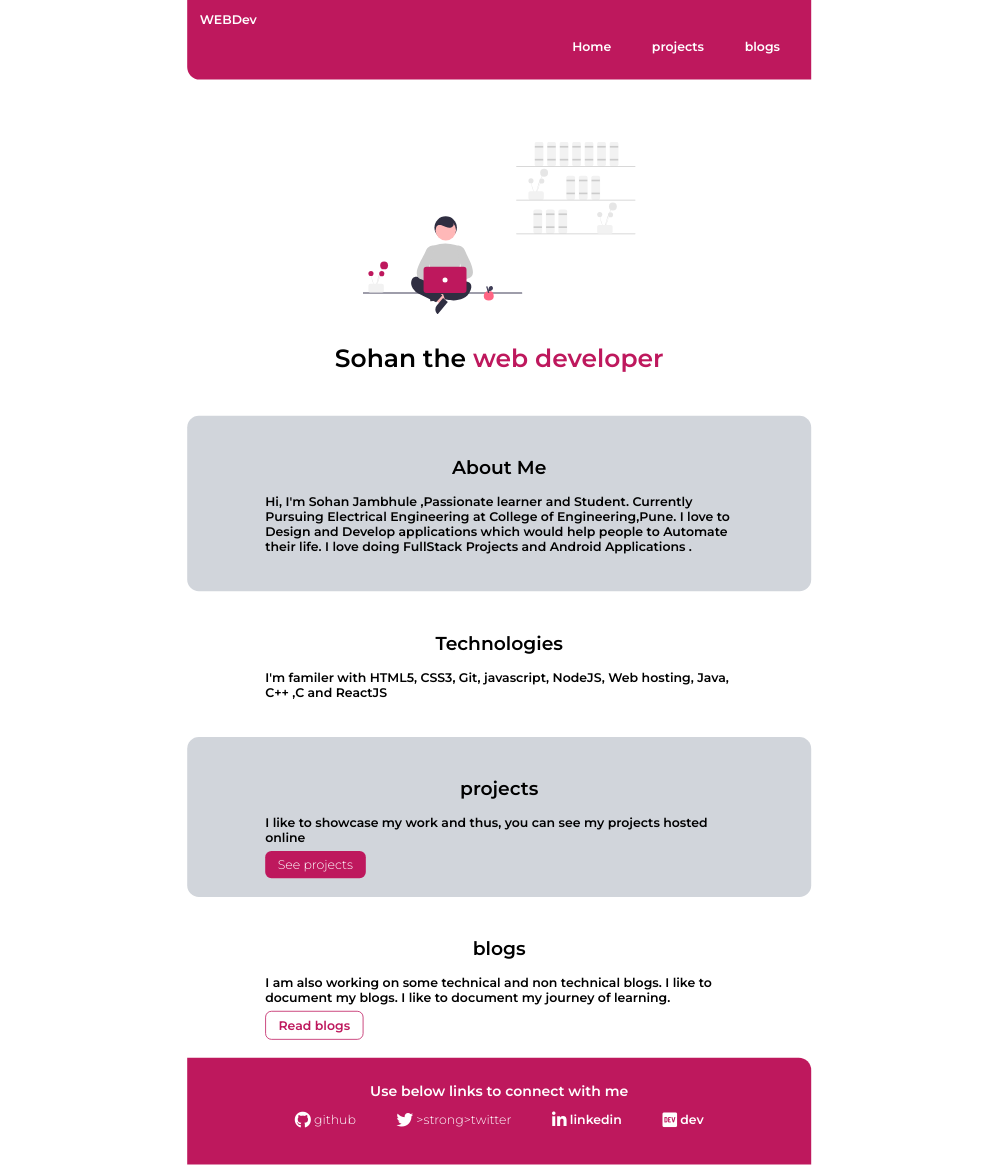
Repository: sohan2503001/Portfolio
Page: index.html
The author's editor kept a copy of each file at every save. The page is drawn from the files as they stood at one save, then again after a run of saves.
The browser window is 1280 px wide. The pictures show the whole page, at 78% of full size.

Above is the page before, as saved 2021-05-10 11:18:25.

After the next 3 saves:
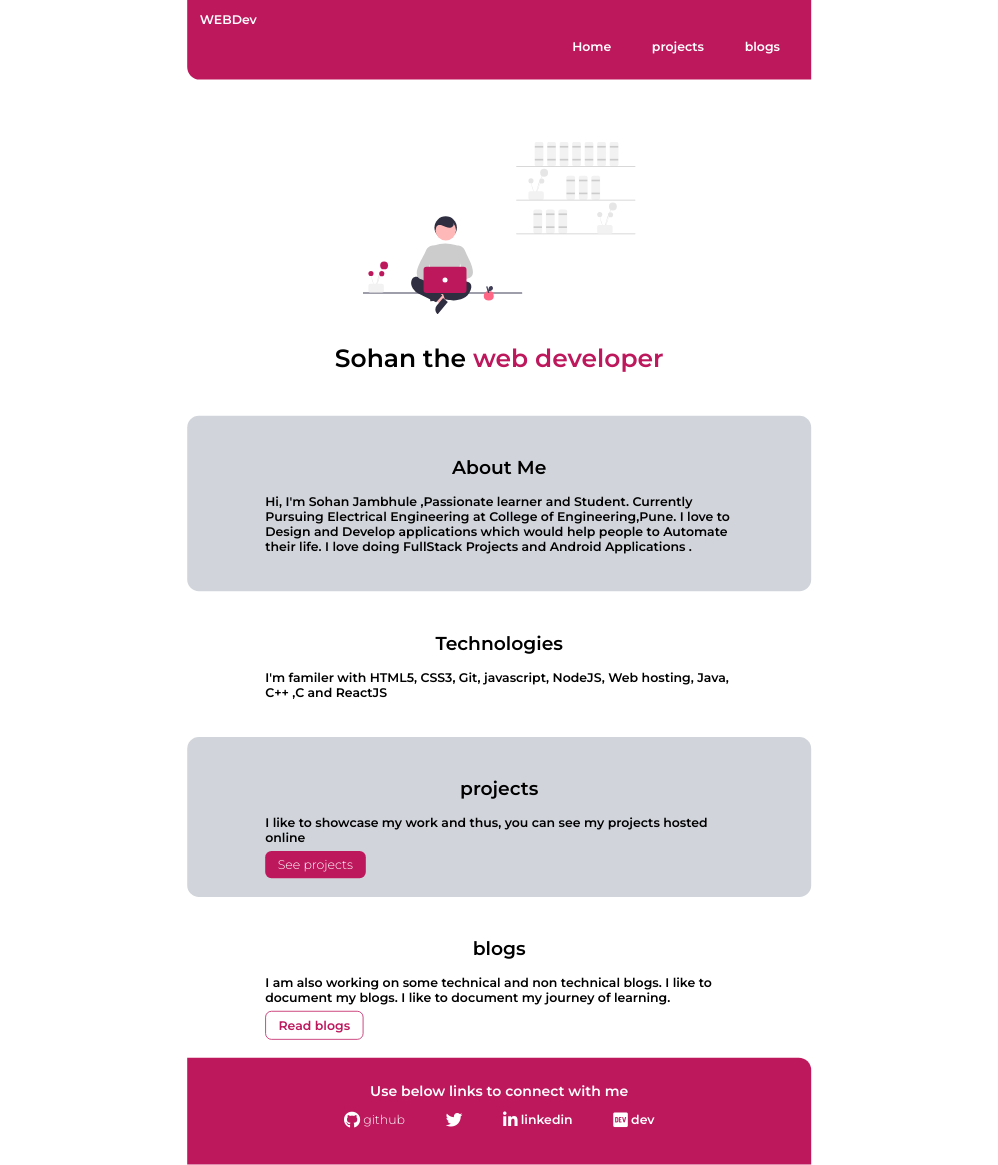
The 3 saves are shown as one change because they came seconds apart.
The last was saved 8 s later.
--- a/index.html
+++ b/index.html
@@ -90,7 +90,7 @@
       </li>
       <li class="list-item-inline">
         <a class="link" href="https://twitter.com/JambhuleSohan" target="_blank"><i class="fab fa-twitter fa-lg"></i>
-          >strong>twitter
+          <strong></strong>
         </a>
       </li>
       <li class="list-item-inline">
